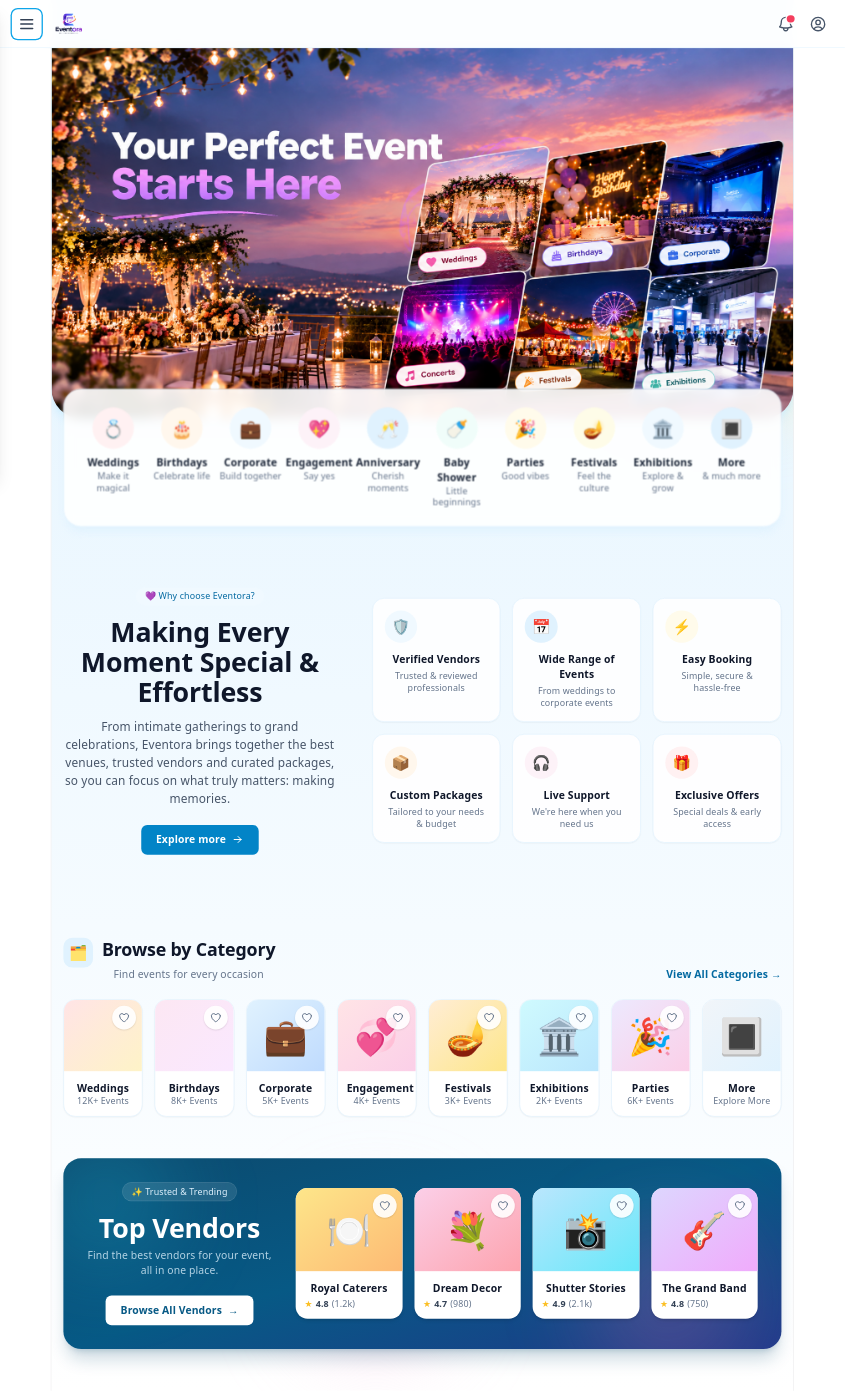
Repository: piyush-2416/Events_Handler
Page: / (app in frontend/)
These files come from the project's save history. The page is drawn as it stood at one moment and after the next save; the edit follows.
The browser window is 1280 px wide. The pictures show the whole page, at 66% of full size.
Some web libraries are served in a nearby version. The project was rebuilt for these pictures with package versions that can differ from the ones it lists, and the page was loaded fresh each time. Also part of the build but not shown: frontend/vite.config.js.

Above is the page before, as saved 2026-10-06 23:36:54.

After the next save:
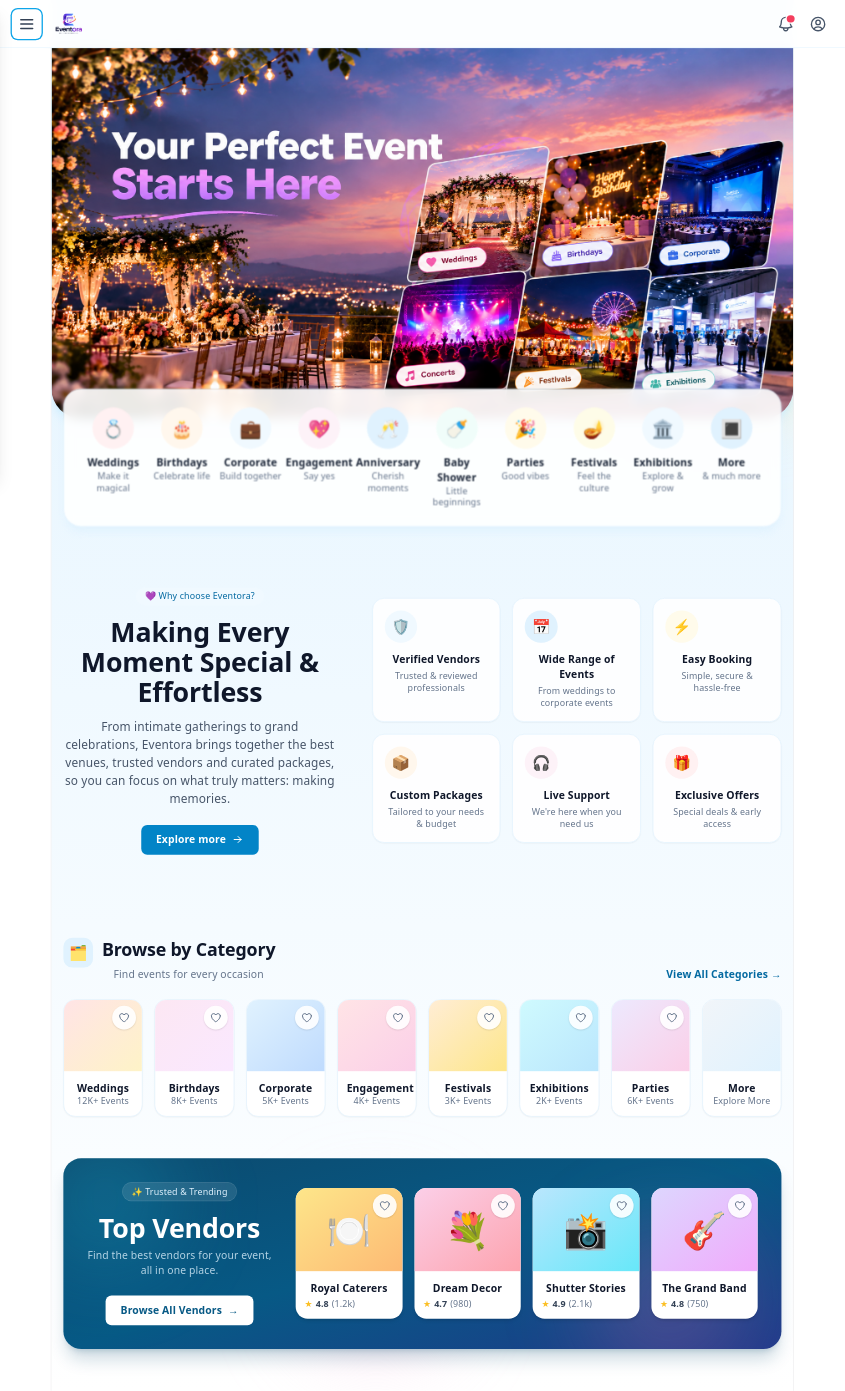
Saved 88 s later.
--- a/frontend/src/App.jsx
+++ b/frontend/src/App.jsx
@@ -122,12 +122,12 @@ function WhyChoose() {
 const browseCategories = [
   { name: "Weddings", count: "12K+ Events", image: "https://i.pinimg.com/originals/9b/8f/32/9b8f3275c79db1f3ff9f0ab974f55655.jpg", grad: "from-rose-100 to-amber-100" },
   { name: "Birthdays", count: "8K+ Events", image: "https://img.freepik.com/premium-photo/big-family-birthday-celebration-home-with-cake-lighting-candles-express-gratitude-happy-people-grandmother-parents-with-children-grandfather-party-growth-dessert-table_590464-414817.jpg", grad: "from-pink-100 to-fuchsia-100" },
-  { name: "Corporate", count: "5K+ Events", icon: "💼", grad: "from-sky-100 to-blue-200" },
-  { name: "Engagement", count: "4K+ Events", icon: "💞", grad: "from-rose-100 to-pink-200" },
-  { name: "Festivals", count: "3K+ Events", icon: "🪔", grad: "from-orange-100 to-amber-200" },
-  { name: "Exhibitions", count: "2K+ Events", icon: "🏛️", grad: "from-cyan-100 to-sky-200" },
-  { name: "Parties", count: "6K+ Events", icon: "🎉", grad: "from-violet-100 to-pink-200" },
-  { name: "More", count: "Explore More", icon: "🔳", grad: "from-slate-100 to-sky-100", noHeart: true },
+  { name: "Corporate", count: "5K+ Events", image: "https://alcorprime.com/wp-content/uploads/2025/02/corporate-events-examples.jpg", grad: "from-sky-100 to-blue-200" },
+  { name: "Engagement", count: "4K+ Events", image: "💞", grad: "from-rose-100 to-pink-200" },
+  { name: "Festivals", count: "3K+ Events", image: "🪔", grad: "from-orange-100 to-amber-200" },
+  { name: "Exhibitions", count: "2K+ Events", image: "🏛️", grad: "from-cyan-100 to-sky-200" },
+  { name: "Parties", count: "6K+ Events", image: "🎉", grad: "from-violet-100 to-pink-200" },
+  { name: "More", count: "Explore More", image: "🔳", grad: "from-slate-100 to-sky-100", noHeart: true },
 ];
 
 const vendors = [
